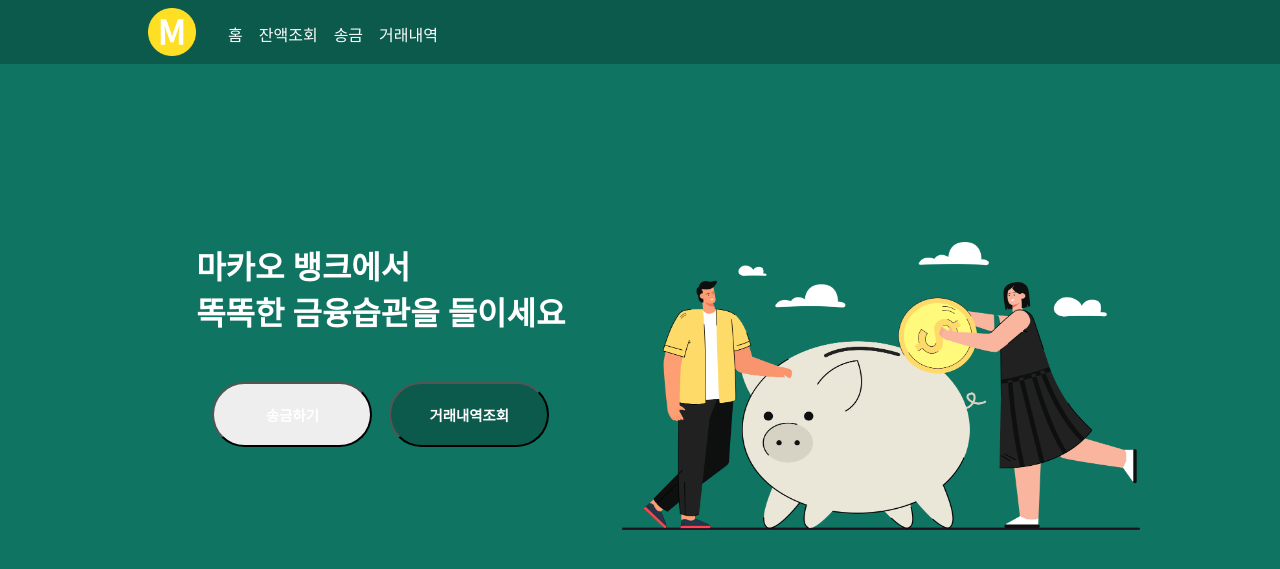
Repository: JiNookk/makaobank
Page: week06/makaoBank/index.html
An editor plug-in stored every save of this project. The page is shown before and after the next save, followed by the edit.
The browser window is 1280 px wide. The pictures show the whole page.
The pointer rests on the first visible `#transfer-link-button`.

Above is the page before, as saved 2022-09-13 20:05:04.

### week06/makaoBank/index.html
<!DOCTYPE html>
<html lang="ko">
    <head>
        <meta charset="UTF-8">
        <title>마카오 뱅크</title>
        <!-- <link rel="favicon for makaoBank" href="./resources/logo.png"> favicon나중에 넣어보기-->
        <link rel="stylesheet" href="./css/reset.css">
        <link rel="stylesheet" href="./css/layout.css">
        <link rel="stylesheet" href="./css/elements.css">
    </head>
    <body id="home-contents-container">
        <header>
                <nav id="nav-item-container">
                    <a href="./index.html">
                        <img id="home-logo" alt="makaoBank home Button" src="./resources/logo.png">
                    </a>
                    <a href="./index.html">홈</a>
                    <a href="./amount.html">잔액조회</a>
                    <a href="./transfer.html">송금</a>
                    <a href="./transaction.html">거래내역</a>
                 </nav>
        </header>
        <main>
            <section id="home-items-container">
                <div id="home-description">
                    <h1>
                        마카오 뱅크에서 <br/>
                        똑똑한 금융습관을 들이세요
                    </h1>

                    <div>
                        <a href="./transfer.html">
                                <button id="transfer-link-button">
                                <h2>
                                    송금하기
                                </h2>
                            </button>
                        </a>

                        <a href="./transaction.html">
                                <button id="transaction-link-button">
                                <h2>
                                    거래내역조회
                                </h2>
                            </button>
                        </a>
                    </div>
                </div>

                <div>
                    <img id="saving-image"alt="" src="./resources/saving.png">
                </div>
            </section>
        </main>
    </body>
</html>

### week06/makaoBank/css/reset.css
* {
    box-sizing: border-box;
    margin: 0px;
    padding: 0px;
}

### week06/makaoBank/css/layout.css
html{
    width: 100%;
    height: 100%;
}

body{
    display: grid;
    grid: 4rem 1fr 18fr 1fr / 1fr 500px 500px 1fr;

    grid-template-areas:
    "header header header header"
    ". . . ."
    ". main main ."
    ". . . .";

    color: white;
    background-color: rgb(15,117,98);
    width: 100%;
    height: 100%;
}

#home-contents-container{
    grid: 4rem 1fr 300px 1fr / 1fr 500px 500px 1fr;
    grid-template-areas:
    "header header header header"
    ". . . ."
    ". main main ."
    ". . . .";
}

header{
    grid-column-start: span 4;
    grid-area:header;

    display: grid;
    grid-template-columns: 1fr 500px 500px 1fr;

    height: 4rem;
    background-color: rgb(11,90,76);
}

nav{
    grid-column-start: 2;
    grid-row-start: 1;
}

nav *{
    margin-right: 1rem;
}

main{
    grid-area: main;
}

.container{
    display: flex;
    justify-content: center;
}

aside{
    grid-area: aside;
}

### week06/makaoBank/css/elements.css
h1{
    font-size: 2rem;
}

a{
    color: white;
    text-decoration: none;
}

p{
    font-size: 1.1rem;

    margin-bottom: .8rem;
}

#transfer-link-button:hover, #transaction-link-button:hover{
    background-color: rgb(238,238,238);
}

#nav-item-container{
    display: flex;

    align-items: center;

    padding: .5rem;
}

#home-items-container{
    display: flex;
}

#home-logo{
    height: 3rem;
}

#home-description{
    font-size: 1.8rem;

    display: flex;
    flex-direction: column;
    align-items: center;

    width: 500px;
}

#home-description button{
    font-size: .6rem;

    justify-self: center;
    margin: .3rem;
    margin-top: 3rem;

    background-color: rgb(11,90,76);
    color: white;

    width: 160px;
    height: 65px;

    border-radius: 2.3rem;
}

#saving-image{
    width: 72vh;
    height: 40vh;
}

.content-container{
    padding: 4rem;

    width: 40%;
    height: 100%;

    border-radius: .5rem;

    background-color: white;
}

.content-container *{
    color: black;
}

.content-container h1{
    margin-bottom: 1.7rem;
}

form p{
    margin-bottom: 0;
}

input{
    margin-bottom: .8rem;

    width: 100%;
    height: 3rem;

    border:  2px solid rgb(238,238,238);
}

#submit-button{
    font-size: 1rem;

    margin-top: .8em;

    padding: 0.6em;

    border-radius: .3em;
    border-color: transparent;

    width: 100%;

    background: rgb(15,117,98);
    color: white;


    transition: background-color .3s;
}

After the next save:
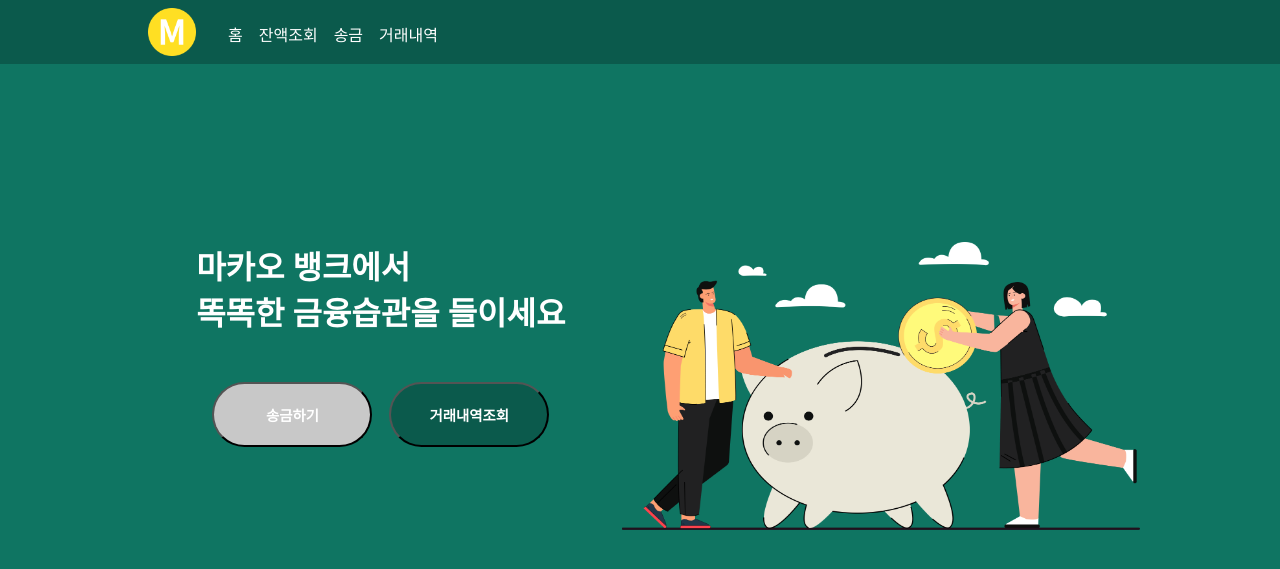
Saved 28 s later.
--- a/week06/makaoBank/css/elements.css
+++ b/week06/makaoBank/css/elements.css
@@ -14,7 +14,7 @@ p{
 }
 
 #transfer-link-button:hover, #transaction-link-button:hover{
-    background-color: rgb(238,238,238);
+    background-color: rgb(200, 200, 200);
 }
 
 #nav-item-container{
